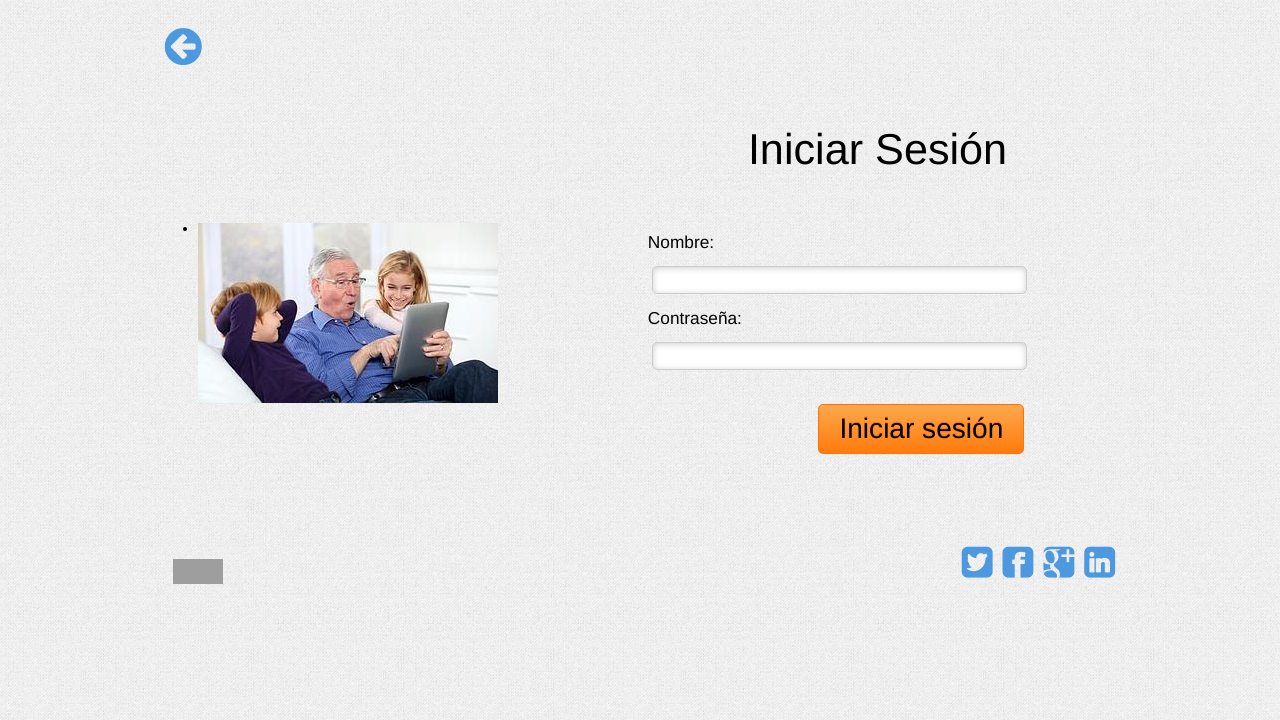
Repository: SCeruso/RememberMe
Page: iniciarSesion.html
The author's editor kept a record of every edit. The page is drawn from the files as they stood at one moment, then again after the next edit.
The browser window is 1280 px wide. The pictures show the whole page.
Pictures or frames that could not be fetched are drawn as grey boxes. Some web libraries are served in a nearby version.

Above is the page before.

### iniciarSesion.html
<!DOCTYPE html>
<html>
<head>
	<!-- META -->
	<title>HTML KickStart Elements</title>
	<meta charset="UTF-8">
	<meta name="viewport" content="width=device-width, initial-scale=1.0"/>
	<meta name="description" content="" />

	<!-- CSS -->
	<link rel="stylesheet" type="text/css" href="css/kickstart.css" media="all" />
	<link rel="stylesheet" type="text/css" href="style.css" media="all" />

	<!-- Javascript -->
	<script type="text/javascript" src="https://ajax.googleapis.com/ajax/libs/jquery/1.9.1/jquery.min.js"></script>
	<script type="text/javascript" src="js/kickstart.js"></script>
</head>
<body>
<div class="grid">
    <div class="col_12">
        <h2 class="left">
               <a href="bienvenido.html">
                  <i class="icon-circle-arrow-left"></i>
                </a>
        </h2>
    </div>
	<div class="col_12">
        <div class="col_6">
        </div>
        <div class="col_6">
            <h2 class="center">
                    <p>Iniciar Sesión</p>
            </h2>
         </div>
	</div>
    <div class="col_12">
        <div class="col_6">
            <ul class="slidershow">
                <li><img class="align-left" src="imagenes/domingo-saludable-mayores--300x180.jpg" width="300" height="250" />
            </p>
        </div>
        <div class="col_6">
            <p>
                <h6><label for="nombre">Nombre:</label></h6>
                <input id="nombre" type="text" class="col_10"/>
            </p>
            <p>
                <h6><label for="email">Contraseña:</label></h6>
                <input id="contraseña" type="password" class="col_10" />
            </p>
            <div class="col_12">
                <div class="col_10">
                      <h5 style="margin-bottom:40px;" class="right">
                          <p><a class="large button orange" href="juegosde.html"><font color="black">Iniciar sesión</font></a></p>
                      </h5>
                 </div>
            </div>
        </div>
    </div>
    <div class="col_12">
        <div class="col_1">
            <br>
        <EMBED src = "imagenes/musica1.mp3" width="50" height = "25">
            </div>

        <h3 class="right">
            <a href = "http://www.twitter.com" target = "blank">
                <i class="icon-twitter-sign" title= "Twitter"></i></a>
            <a href = "http://www.facebook.com" target = "blank">
                <i class="icon-facebook-sign" title= "Facebook"></i></a>
            <a href = "http://www.google.com" target = "blank">
                <i class="icon-google-plus-sign" title= "Goole +"></i></a>
            <a href = "http://www.linkedin.com" target = "blank">
                <i class="icon-linkedin-sign" title= "Linkedin"></i></a>

        </h3>

    </div>
</div> <!-- End Grid -->
</body>
</html>

### style.css
/*
	99Lime.com HTML KickStart by Joshua Gatcke
	style.css

*/

/*---------------------------------
	IMPORTS
-----------------------------------*/
@import url(http://fonts.googleapis.com/css?family=Arimo:400,700);

/*---------------------------------
	OVERRIDES
-----------------------------------*/
h1,h2,h3,h4,h5,h6{
font-family: "Arimo", arial, verdana, sans-serif;
font-weight:normal;
}

thead th,
tbody th{
font-family: "Arimo", arial, verdana, sans-serif;
}

button,
a.btn,
input[type="submit"],
input[type="reset"],
input[type="button"]{
font-family: "Arimo", arial, verdana, sans-serif;
}

.menu{
font-family: "Arimo", arial, verdana, sans-serif;
}

blockquote{
font-family: "Arimo", arial, verdana, sans-serif;
}

/*---------------------------------
	LAYOUT
-----------------------------------*/
body{
margin:0;
padding:0 0 0 0;
color:#000;
/*background-repeat:repeat;*/
background:#efefef url(css/img/gray_jean.png);
/*background-size:cover;*/
/*background-image:url(css/img/gray_jean.png);*/
font:normal 0.9em/150% 'Arimo', arial, verdana, sans-serif;
text-shadow: 0 0 1px transparent; /* google font pixelation fix */
}

#wrap{
width:100%;
background:#fff;
margin:30px auto 30px auto;
padding:0 2%;
border:1px solid #ccc;
}


#footer{
text-align:center;
padding:20px;
margin:0;
border-top:1px solid #ddd;
color:#999;
font-size:0.8em;
text-shadow:0px 1px 1px #fff;
position: relative;
top:0;
left:0;
background:#fff;
}

	#link-top{
	display:none;
	}

/* NAV BAR*/
.navbar{
position:fixed;
top:0;
left:0;
width: 100%;
background:#000;
color:#fff;
z-index:1000;
}

	.navbar #logo{
	position:absolute;
	top:0;
	right:0;
	padding:0.5em 1em;
	font-size: 1.7em;
	color:#efefef;
	text-decoration:none;
	}

	.navbar span{
	color:#86dc00;
	}


	.navbar ul{
	display:inline-block;
	margin:0;
	padding:0;
	}

		.navbar li{
		margin:0;
		padding:0;
		list-style-type:0;
		display:inline-block;
		}

		.navbar li a{
		display:inline-block;
		color:#efefef;
		padding:1em 1.3em;
		text-decoration:none;
		text-transform: uppercase;
		line-height:100%;
		font-size: 1.2em;
		}

.callout{
background:#4598ef;/*#86dc00;*/
padding:3em 0;
color:#fff;
box-shadow:inset 0 0 10px rgba(0,0,0,0.2);
text-align: center;
text-shadow:0px 1px 3px rgba(0,0,0,0.2);
display:block;
}
	.callout + div.grid{margin-top:50px;}
	 a.callout{cursor:pointer;}
	 .callout i.icon-4x{font-size:6em;}
	 .callout h4{margin-bottom:30px;}
	 .callout-top{margin:50px 0 0 0;}
	 .callout p{margin-bottom:0;}
	 .callout .button{margin-top:10px;}
	 .callout.green{background:#19ad0b;/*#86dc00;*/}

#mc_embed_signup{
padding:30px 0;
}

#ui-preview{
border:5px solid #ddd;
margin:30px 0;
display:block;
}

### css/kickstart-forms.css
/*---------------------------------
	FORMS
-----------------------------------*/
form{
padding:0;
margin:0;
}

fieldset{
margin:30px 0 20px 0;
padding:5px 15px 15px 15px;
border:1px solid #ccc;
background:#f5f5f5;
-moz-border-radius:5px;
-webkit-border-radius:5px;
border-radius:5px;
position: relative;
top:0;
left:0;
}

	legend{
	-moz-border-radius:5px;
	-webkit-border-radius:5px;
	border-radius:5px;
	border:1px solid #ccc;
	background:#f5f5f5;
	padding:2px 10px;
	margin:0 0 0 0;
	display:block;
	position: relative;
	top:0;
	left:0;
	}

	/*IE ONLY - I know, this is a stop gap*/
	.msie fieldset{padding-top:25px;}
	.msie legend{position:absolute;top:-0.7em;left:10px;}

label{
display:inline-block;
*display:inline;
vertical-align: middle;
margin:0;
padding:0;
position:relative;
top:0;
left:0;
zoom:1;
-moz-box-sizing: border-box;
-webkit-box-sizing: border-box;
box-sizing: border-box;
}

	label.inline{
	display:inline;
	margin:0;
	}

	label span{
	color:#999;
	font-size:0.9em;
	}

	label span.right{
	position:absolute;
	bottom:0;
	right:0;
	text-align:right;
	display:inline-block;
	*display:inline;
	}

	label.disabled{
	color:#ccc;
	}

input{
display:inline-block;
*display:inline;
vertical-align: middle;
width:auto;
zoom:1;
margin:0;
border:1px solid #ccc;
font-size:1em;
padding:5px 0;
text-indent: 5px;
-moz-border-radius:5px;
-webkit-border-radius:5px;
border-radius:5px;
background:#fff;
-moz-box-shadow:inset 0 0 6px #ccc;
-webkit-box-shadow:inset 0 1px 6px #ccc;
box-shadow:inset 0 1px 6px #ccc;
-moz-box-sizing: border-box;
-webkit-box-sizing: border-box;
box-sizing: border-box;
}

	input::-webkit-input-placeholder,
	input:-moz-placeholder,
	.placeholder{
	color:#bbb;
	}

	input::-moz-focus-inner {border:0;}

	input[disabled="disabled"], input.disabled{
	color:#999;
	background:#f5f5f5;
	-moz-box-shadow:inset 0 0 2px #ddd;
	-webkit-box-shadow:inset 0 1px 2px #ddd;
	box-shadow:inset 0 1px 2px #ddd;
	}

	/* FOCUS STATES */
	input[type="text"]:focus,
	textarea:focus,
	button:focus,
	a.button:focus,
	select:focus,
	input[type="file"]:focus,
	input[type="password"]:focus{
	-webkit-box-shadow: 0 0 7px #6DB9FF;
	-moz-box-shadow   : 0 0 7px #6DB9FF;
	box-shadow        : 0 0 7px #6DB9FF;
	border: 1px solid #50B1FE;
	outline: none;
	}

	/* TRANSITION */
	input[type="text"],
	textarea,
	button,
	a.button,
	a,
	input[type="file"]{
	-moz-transition: -moz-box-shadow 0.5s, border 0.5s, background 0.5s;
	-webkit-transition: -webkit-box-shadow 0.5s, border 0.5s, background 0.5s;
	-o-transition:  box-shadow 0.5s, border 0.5s, background 0.5s;
	transition: box-shadow 0.5s, border 0.5s, background 0.5s;
	}

input.checkbox,
input[type="checkbox"]{
display:inline;
width:auto;
margin:0;
padding:0;
border:0;
background:none;
vertical-align:center;
*vertical-align: top;
}

input.radio,
input[type="radio"]{
display:inline;
width:auto;
margin:0;
padding:0;
border:0;
background:none;
vertical-align:center;
*vertical-align: top;
}

	input[type="radio"]:focus,
	input[ type="checkbox"]:focus{
	-webkit-box-shadow: 0 0 5px #6DB9FF;
	-moz-box-shadow   : 0 0 5px #6DB9FF;
	box-shadow        : 0 0 5px #6DB9FF;
	outline-color: #6DB9FF;
	}

input.file,
input[type="file"]{
/*font-size:0.8em;*/
-moz-box-shadow:none;
-webkit-box-shadow:none;
box-shadow:none;
border:none;
}

select{
display:inline;
width:auto;
margin:0;
border:1px solid #ccc;
line-height:100%;
padding:3px;
vertical-align: middle;
}

        select[disabled="disabled"], select.disabled{
        color:#999;
        background:#f5f5f5;
        -moz-box-shadow:inset 0 0 2px #ddd;
        -webkit-box-shadow:inset 0 1px 2px #ddd;
        box-shadow:inset 0 1px 2px #ddd;
        }

textarea{
width:auto;
height:200px;
margin:0;
border:1px solid #ccc;
padding:5px;
vertical-align: middle;
font-family:inherit;
font-size:0.9em;
-moz-border-radius:5px;
-webkit-border-radius:5px;
border-radius:5px;
-moz-box-shadow:inset 0 0 6px #ccc;
-webkit-box-shadow:inset 0 1px 6px #ccc;
box-shadow:inset 0 1px 6px #ccc;
-moz-box-sizing: border-box;
-webkit-box-sizing: border-box;
box-sizing: border-box;
}

/*---------------------------------
	COLUMN SIZES
-----------------------------------*/

/* sizes */
input[class*="col_"],
select[class*="col_"],
label[class*="col_"]{
float:none;display:inline-block;*display:inline;margin-bottom:0;
*margin-left: 0.5%;*margin-right: 0.5%;/* this is for IE 7 Only and is not a good fix - work needed here */
}

/*---------------------------------
	FORMS VERTICAL
-----------------------------------*/
form.vertical{

}

	form.vertical label{display:block;}
	form.vertical input,
	form.vertical select,
	form.vertical textarea{width:100%;display:block;margin-bottom:10px;}
	form.vertical .chzn-container{display:block;margin-bottom:10px;}
	form.vertical .chzn-choices{display:block;margin-bottom:10px;}

	/* radios & checks */
	form.vertical input.checkbox,
	form.vertical input[type="checkbox"],
	form.vertical input.radio,
	form.vertical input[type="radio"],
	form.vertical label.inline{display:inline;width:auto;margin:0;}
/*---------------------------------
	FORM VALIDATION
-----------------------------------*/
label.error{color:red;}
input.error{border:1px solid red;}
select.error{border:1px solid red;}

/*---------------------------------
	NOTICES
-----------------------------------*/
.notice{
border:1px solid gold;
background:lightyellow;
padding:10px 20px 10px 40px;
margin:10px 0;
-moz-border-radius:5px;
-webkit-border-radius:5px;
border-radius:5px;
color:#DEAE00;
line-height:120%;
vertical-align: center;
text-shadow:0px 1px rgba(255,255,255,0.5);
position:relative;
top:0;
left:0;
clear:both;
}

	.notice.warning{}/*default*/
	.notice.error{border:1px solid red;background:pink;color:red;}
	.notice.success{border:1px solid green;background:lightgreen;color:green;}
	.notice i[class^='icon-']{position:absolute;top:50%;left:0.8em;margin-top:-0.6em;}
	.notice a[class^='icon-remove'],
	.notice a[class^='icon-remove']:active,
	.notice a[class^='icon-remove']:visited{font-size:12px;position:absolute;top:5px;right:5px;left:auto;color:inherit;margin-top:0;left:auto;}

### css/kickstart-grid.css
/*
	99Lime.com HTML KickStart by Joshua Gatcke
	kickstart-grids.css

	DO NOT EDIT THIS FILE unless you know what you are doing.
*/
/*---------------------------------
	GRID/COLUMNS
-----------------------------------
	tinyfluidgrid.com
	& girlfriendnyc.com
	with changes by 99Lime
-----------------------------------*/
 /*
 & Columns : 12
 & Gutter %: 20%
 & MaxWidth: 1280px
 */

.grid{
max-width:1220px;
margin:0 auto;
padding:0 2em;
}

.grid.flex{
width:100%;
max-width:100%;
padding:0 2%;
padding:2em;
}

.row{
display:block;
overflow:hidden;
clear:both;
}

*[class*="col_"].alpha{margin-left:0;}
*[class*="col_"].omega{margin-right:0;}

.col_1  { width: 6.6666666666667%; }
.col_2  { width: 15%; }
.col_3  { width: 23.333333333333%; }
.col_4  { width: 31.666666666667%; }
.col_5  { width: 40%; }
.col_6  { width: 48.333333333333%; }
.col_7  { width: 56.666666666667%; }
.col_8  { width: 65%; }
.col_9  { width: 73.333333333333%; }
.col_10 { width: 81.666666666667%; }
.col_11 { width: 90%; }
.col_12 { width: 98.333333333333%; }

*[class*="col_"]{
margin-left: 0.83333333333333%;
margin-right: 0.83333333333333%;
margin-top:0.5em;
margin-bottom:0.5em;
float: left;
display: block;
}

.grid img{
max-width: 100%;
height:auto;
}

.clear{clear:both;display:block;overflow:hidden;visibility:hidden;width:0;height:0}
.clearfix:after{clear:both;content:' ';display:block;font-size:0;line-height:0;visibility:hidden;width:0;height:0}
* html .clearfix, *:first-child+html .clearfix{zoom:1}

/* Viewable Grids
	To view your grids, add the class .visible to any grid container.
	This will add a background color so you can see the layout of your grids.
*/
*[class*="col_"].visible{
background:#eee;
border:1px dotted #ccc;
}


/*---------------------------------
	Responsive Grid Media Queries - 1280, 1024, 768, 480
	1280-1024 	- desktop (default grid)
	1024-768 	- tablet landscape
	768-480 	- tablet
	480-less 	- phone landscape & smaller
-----------------------------------*/
@media all and (min-width: 1024px) and (max-width: 1280px) {

	.grid *[class*="col_"]{}
	.grid{max-width: 1024px;}
	.show-desktop	{display:block;}
	.hide-desktop	{display:none;}
	.show-tablet	{display:none;}
	.hide-tablet	{display:block;}
	.show-phone		{display:none;}
	.hide-phone		{display:block;}

}

@media all and (min-width: 768px) and (max-width: 1024px) {

	.grid *[class*="col_"]{}
	.grid{max-width: 768px;}
	.show-desktop	{display:none;}
	.hide-desktop	{display:block;}
	.show-tablet	{display:block;}
	.hide-tablet	{display:none;}
	.show-phone		{display:none;}
	.hide-phone		{display:block;}

}


@media all and (min-width: 480px) and (max-width: 768px) {

	.grid *[class*="col_"]{
	float:none;
	width:auto;
	clear:both;
	display:block;
	}

	/* columns inside of columns */
	.grid *[class*="col_"] [class*="col_"]{
	margin-left:0;
	margin-right:0;
	width:100%;
	}

	.grid{max-width: 480px;}
	.show-desktop	{display:none;}
	.hide-desktop	{display:block;}
	.show-tablet	{display:block;}
	.hide-tablet	{display:none;}
	.show-phone		{display:none;}
	.hide-phone		{display:block;}

}

@media all and (max-width: 480px) {

	.grid *[class*="col_"]{
	float:none;
	width:auto;
	clear:both;
	display:block;
	}

	/* columns inside of columns */
	.grid *[class*="col_"] [class*="col_"]{
	margin-left:0;
	margin-right:0;
	width:100%;
	}

	.grid{max-width: 100%;/*320*/}
	.show-desktop	{display:none;}
	.hide-desktop	{display:block;}
	.show-tablet	{display:none;}
	.hide-tablet	{display:block;}
	.show-phone		{display:block;}
	.hide-phone		{display:none;}

}

### css/kickstart-slideshow.css
/*---------------------------------
	SLIDESHOW2 - Slight Fixes for the slideshow layout *needs work
-----------------------------------*/

	.slideshow{
	clear:both;
	margin:0;
	padding:0;
	width:auto;
	height:auto;
	overflow:hidden;
	}

		.slideshow li{
		list-style-type:none;
		margin:0;
		padding:0;
		float:left;
		display:block;
		}

/**
 * BxSlider v4.0 - Fully loaded, responsive content slider
 * http://bxslider.com
 *
 * Written by: Steven Wanderski, 2012
 * http://stevenwanderski.com
 * (while drinking Belgian ales and listening to jazz)
 *
 * CEO and founder of bxCreative, LTD
 * http://bxcreative.com
 */


/** RESET AND LAYOUT
===================================*/
.bx-wrapper, .bx-wrapper *{
	-webkit-box-sizing: content-box; /* Safari/Chrome, other WebKit */
  	-moz-box-sizing: content-box;    /* Firefox, other Gecko */
  	box-sizing: content-box;         /* Opera/IE 8+ */
}

.bx-wrapper {
	position: relative;
	margin: 0 0 60px;
	padding: 0;
	*zoom: 1;
}

.bx-wrapper img {
	width: 100%;
	display: block;
}

/** THEME
===================================*/

.bx-wrapper .bx-viewport {
	-moz-box-shadow: 0 0 5px #ccc;
	-webkit-box-shadow: 0 0 5px #ccc;
	box-shadow: 0 0 5px #ccc;
	border: solid #fff 5px;
	left: 0;
	background: #fff;
}

.bx-wrapper .bx-pager,
.bx-wrapper .bx-controls-auto {
	position: absolute;
	bottom: -30px;
	width: 100%;
}

/* LOADER */

.bx-wrapper .bx-loading {
	min-height: 50px;
	background: url(img/bx_loader.gif) center center no-repeat #fff;
	height: 100%;
	width: 100%;
	position: absolute;
	top: 0;
	left: 0;
	z-index: 2000;
}

/* PAGER */

.bx-wrapper .bx-pager {
	text-align: center;
	font-size: .85em;
	font-family: Arial;
	font-weight: bold;
	color: #666;
	padding-top: 20px;
}

.bx-wrapper .bx-pager .bx-pager-item,
.bx-wrapper .bx-controls-auto .bx-controls-auto-item {
	display: inline-block;
	*zoom: 1;
	*display: inline;
}

.bx-wrapper .bx-pager.bx-default-pager a {
	background: #666;
	text-indent: -9999px;
	display: block;
	width: 10px;
	height: 10px;
	margin: 0 5px;
	outline: 0;
	-moz-border-radius: 5px;
	-webkit-border-radius: 5px;
	border-radius: 5px;
}

.bx-wrapper .bx-pager.bx-default-pager a:hover,
.bx-wrapper .bx-pager.bx-default-pager a.active {
	background: #000;
}

/* DIRECTION CONTROLS (NEXT / PREV) */

.bx-wrapper .bx-prev {
	left: 10px;
	background: url(img/controls.png) no-repeat 0 -32px;
}

.bx-wrapper .bx-next {
	right: 10px;
	background: url(img/controls.png) no-repeat -43px -32px;
}

.bx-wrapper .bx-prev:hover {
	background-position: 0 0;
}

.bx-wrapper .bx-next:hover {
	background-position: -43px 0;
}

.bx-wrapper .bx-controls-direction a {
	position: absolute;
	top: 50%;
	margin-top: -16px;
	outline: 0;
	width: 32px;
	height: 32px;
	text-indent: -9999px;
	z-index: 9999;
}

.bx-wrapper .bx-controls-direction a.disabled {
	display: none;
}

/* AUTO CONTROLS (START / STOP) */

.bx-wrapper .bx-controls-auto {
	text-align: center;
}

.bx-wrapper .bx-controls-auto .bx-start {
	display: block;
	text-indent: -9999px;
	width: 10px;
	height: 11px;
	outline: 0;
	background: url(img/controls.png) -86px -11px no-repeat;
	margin: 0 3px;
}

.bx-wrapper .bx-controls-auto .bx-start:hover,
.bx-wrapper .bx-controls-auto .bx-start.active {
	background-position: -86px 0;
}

.bx-wrapper .bx-controls-auto .bx-stop {
	display: block;
	text-indent: -9999px;
	width: 9px;
	height: 11px;
	outline: 0;
	background: url(img/controls.png) -86px -44px no-repeat;
	margin: 0 3px;
}

.bx-wrapper .bx-controls-auto .bx-stop:hover,
.bx-wrapper .bx-controls-auto .bx-stop.active {
	background-position: -86px -33px;
}

/* PAGER WITH AUTO-CONTROLS HYBRID LAYOUT */

.bx-wrapper .bx-controls.bx-has-controls-auto.bx-has-pager .bx-pager {
	text-align: left;
	width: 80%;
}

.bx-wrapper .bx-controls.bx-has-controls-auto.bx-has-pager .bx-controls-auto {
	right: 0;
	width: 35px;
}

/* IMAGE CAPTIONS */

.bx-wrapper .bx-caption {
	position: absolute;
	bottom: 0;
	left: 0;
	background: #666\9;
	background: rgba(80, 80, 80, 0.75);
	width: 100%;
}

.bx-wrapper .bx-caption span {
	color: #fff;
	font-family: Arial;
	display: block;
	font-size: .85em;
	padding: 10px;
}

### css/tiptip.css
/*
	TipTip CSS - Version 1.2
	http://code.drewwilson.com/entry/tiptip-jquery-plugin
*/

#tiptip_holder { display: none; position: absolute; top: 0; left: 0; z-index: 99999; }
#tiptip_holder.tip_top { padding-bottom: 5px; }
#tiptip_holder.tip_bottom { padding-top: 5px; }
#tiptip_holder.tip_right { padding-left: 5px; }
#tiptip_holder.tip_left { padding-right: 5px; }

#tiptip_content {
font-size: 11px;
color: #fff;
text-shadow: 0 0 2px #000;
padding: 4px 8px;
border: 1px solid rgba(255,255,255,0.25);
background:#212121;
background-color: rgba(25,25,25,0.92);
background-image: -webkit-gradient(linear, 0% 0%, 0% 100%, from(transparent), to(#000));
-webkit-border-radius: 3px;
-moz-border-radius: 3px;
border-radius: 3px;
-webkit-box-shadow: 0 0 3px #555;
-moz-box-shadow: 0 0 3px #555;
box-shadow: 0 0 3px #555;
*background:#212121;
}

#tiptip_arrow, #tiptip_arrow_inner {
position: absolute;
border-color: transparent;
border-style: solid;
border-width: 6px;
height: 0;
width: 0;
}

#tiptip_holder.tip_top #tiptip_arrow {
border-top-color: #fff;
border-top-color: rgba(255,255,255,0.35);
}

#tiptip_holder.tip_bottom #tiptip_arrow {
border-bottom-color: #fff;
border-bottom-color: rgba(255,255,255,0.35);
}

#tiptip_holder.tip_right #tiptip_arrow {
border-right-color: #fff;
border-right-color: rgba(255,255,255,0.35);
}

#tiptip_holder.tip_left #tiptip_arrow {
border-left-color: #fff;
border-left-color: rgba(255,255,255,0.35);
}

#tiptip_holder.tip_top #tiptip_arrow_inner {
margin-top: -7px;
margin-left: -6px;
border-top-color: rgb(25,25,25);
border-top-color: rgba(25,25,25,0.92);
}

#tiptip_holder.tip_bottom #tiptip_arrow_inner {
margin-top: -5px;
margin-left: -6px;
border-bottom-color: rgb(25,25,25);
border-bottom-color: rgba(25,25,25,0.92);
}

#tiptip_holder.tip_right #tiptip_arrow_inner {
margin-top: -6px;
margin-left: -5px;
border-right-color: rgb(25,25,25);
border-right-color: rgba(25,25,25,0.92);
}

#tiptip_holder.tip_left #tiptip_arrow_inner {
margin-top: -6px;
margin-left: -7px;
border-left-color: rgb(25,25,25);
border-left-color: rgba(25,25,25,0.92);
}

/* Webkit Hacks  */
@media screen and (-webkit-min-device-pixel-ratio:0) {
	#tiptip_content {
		padding: 4px 8px 5px 8px;
		background-color: rgba(45,45,45,0.88);
	}
	#tiptip_holder.tip_bottom #tiptip_arrow_inner {
		border-bottom-color: rgba(45,45,45,0.88);
	}
	#tiptip_holder.tip_top #tiptip_arrow_inner {
		border-top-color: rgba(20,20,20,0.92);
	}
}

Loaded but not shown: css/jquery.fancybox-1.3.4.css (library); css/prettify.css (common file); css/fonts/fontawesome/css/font-awesome.min.css (library); js/kickstart.js (424 lines, source omitted); css/kickstart-buttons.css (369 lines, source omitted); css/kickstart.css (508 lines, source omitted); css/kickstart-menus.css (180 lines, source omitted)

After the next edit:
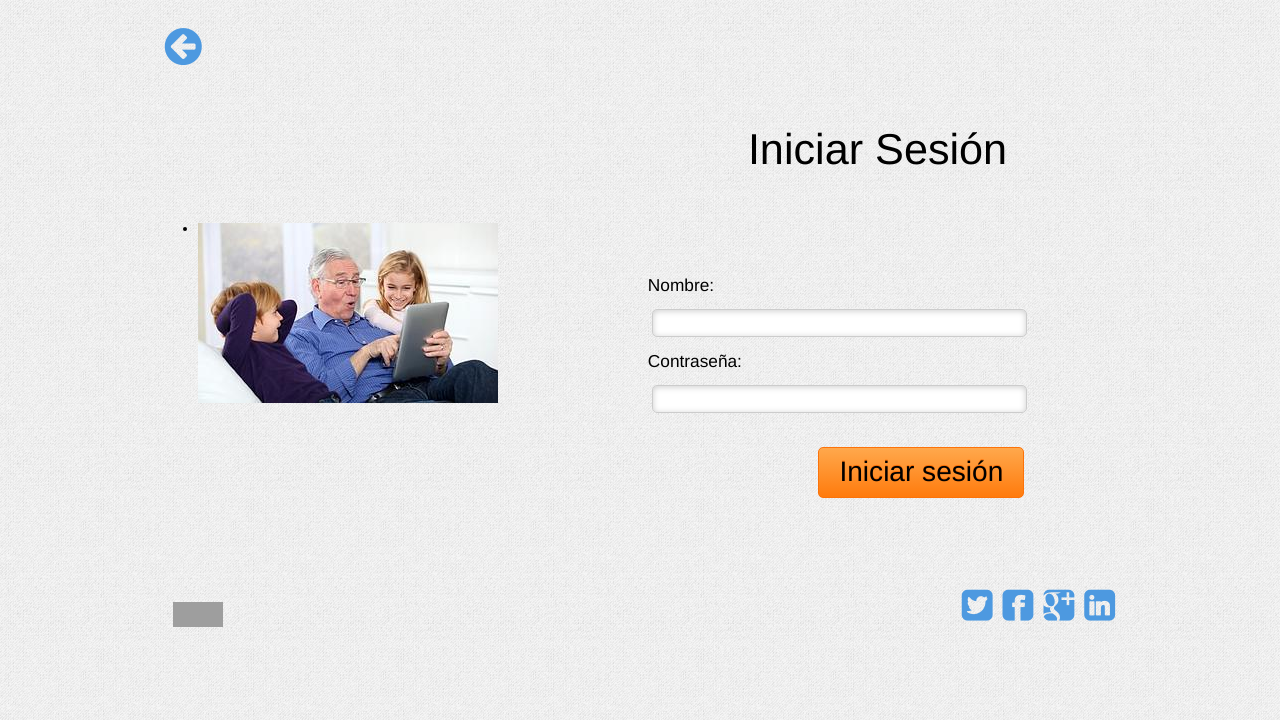
The edit:
--- a/iniciarSesion.html
+++ b/iniciarSesion.html
@@ -39,6 +39,7 @@
                 <li><img class="align-left" src="imagenes/domingo-saludable-mayores--300x180.jpg" width="300" height="250" />
             </p>
         </div>
+        <br></br>
         <div class="col_6">
             <p>
                 <h6><label for="nombre">Nombre:</label></h6>
